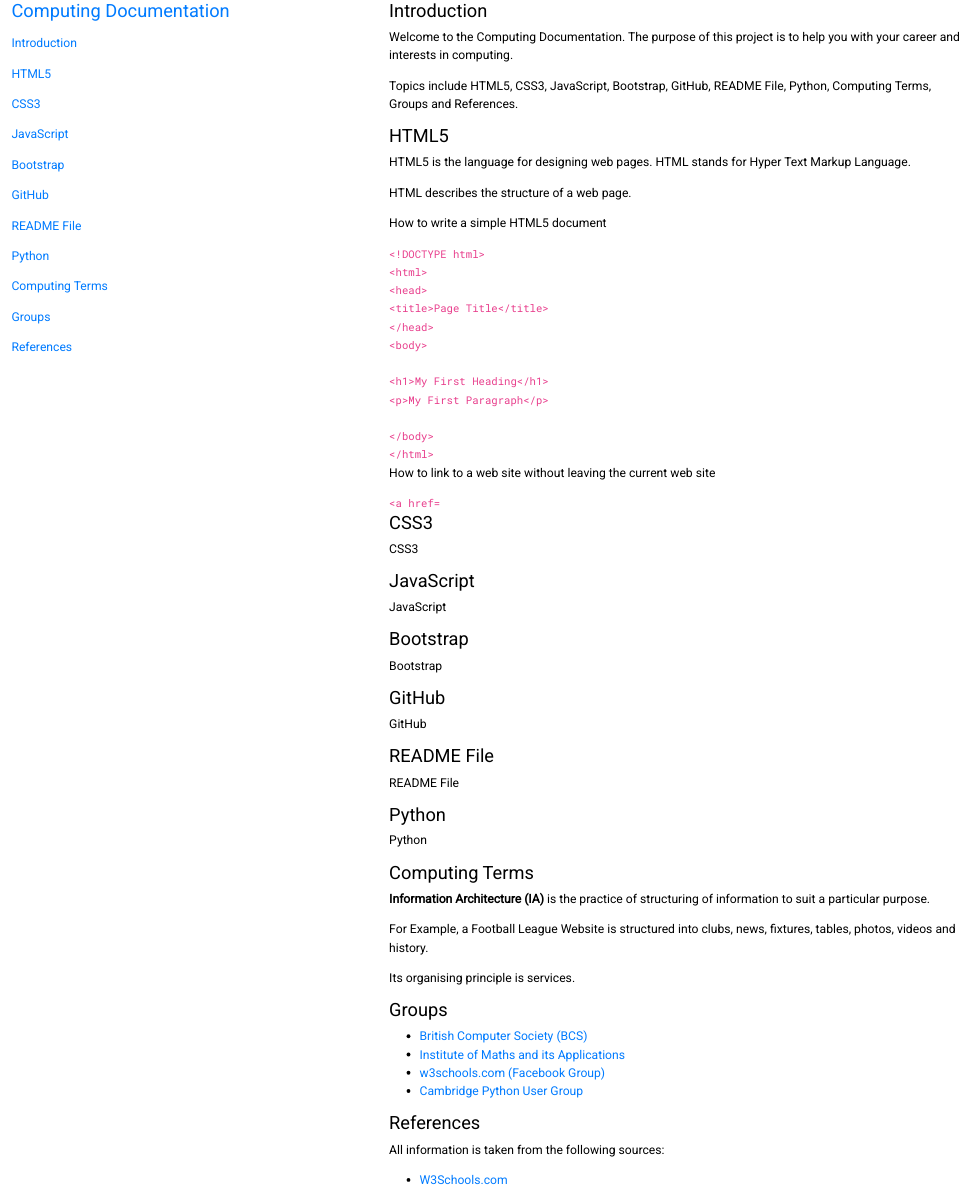
Repository: derektypist/technical-documentation-page
Page: index.html
The author's editor kept a record of every edit. The page is drawn from the files as they stood at one moment, then again after the next edit.
The browser window is 1280 px wide. The pictures show the whole page, at 76% of full size.

Above is the page before.

### index.html
<!DOCTYPE html>
<html lang="en">

<head>
  <meta charset="UTF-8">
  <meta name="viewport" content="width=device-width, initial-scale=1.0">
  <meta http-equiv="X-UA-Compatible" content="ie=edge">
  <title>Technical Documentation Page</title>
  <!-- Load Style Sheets -->
  <link rel="stylesheet" href="https://maxcdn.bootstrapcdn.com/bootstrap/4.4.1/css/bootstrap.min.css" integrity="sha384-Vkoo8x4CGsO3+Hhxv8T/Q5PaXtkKtu6ug5TOeNV6gBiFeWPGFN9MuhOf23Q9Ifjh" crossorigin="anonymous">
  <link href="https://fonts.googleapis.com/css?family=Roboto|Roboto+Mono&display=swap" rel="stylesheet">
  <style>
    /* Navigation */

    #navbar {
      font-family: "Roboto", Arial, Verdana, sans-serif;
      margin-left: 15px;
      width: 25vmax;
      position: fixed;
    }

    /* Main Content */

    #main-doc {
      font-family: "Roboto", Arial, Verdana, sans-serif;
      padding-left: 40%;
    }

    /* Main Section */

    .main-section {
      color: black;
    }

    /* Code */
    code {
      font-family: "Roboto Mono", monospace;
    }
  </style>
</head>

<body>
  <!-- Set Up Navigation -->
  <nav class="navbar-nav" id="navbar">
    <header>
      <h4><a href="index.html" title="Return to Home Page">Computing Documentation</a></h4>
    </header>


    <!-- Set Up List Items Vertically -->
    <ul class="navbar-nav">
      <li class="nav-item">
        <a class="nav-link" href="#Introduction">Introduction</a>
      </li>
      <li class="nav-item">
        <a class="nav-link" href="#HTML5">HTML5</a>
      </li>
      <li class="nav-item">
        <a class="nav-link" href="#CSS3">CSS3</a>
      </li>
      <li class="nav-item">
        <a class="nav-link" href="#JavaScript">JavaScript</a>
      </li>
      <li class="nav-item">
        <a class="nav-link" href="#Bootstrap">Bootstrap</a>
      </li>
      <li class="nav-item">
        <a class="nav-link" href="#GitHub">GitHub</a>
      </li>
      <li class="nav-item">
        <a class="nav-link" href="#README_File">README File</a>
      </li>
      <li class="nav-item">
        <a class="nav-link" href="#Python">Python</a>
      </li>
      <li>
        <a class="nav-link" href="#Computing_Terms">Computing Terms</a>
      </li>
      <li>
        <a class="nav-link" href="#Groups">Groups</a>
      </li>
      <li>
        <a class="nav-link" href="#References">References</a>
      </li>
  </nav>

  <!-- Set Up Main Content -->
  <main id="main-doc">

    <!-- Provide Section for Introduction -->
    <section class="main-section" id="Introduction">
      <header>
        <h4>Introduction</h4>
      </header>
      <article>
        <p>Welcome to the Computing Documentation. The purpose of this project is to help you with your career and interests in computing.</p>
        <p>Topics include HTML5, CSS3, JavaScript, Bootstrap, GitHub, README File, Python, Computing Terms, Groups and References.</p>
      </article>
    </section>

    <!-- Provide Section for HTML5 -->
    <section class="main-section" id="HTML5">
      <header>
        <h4>HTML5</h4>
      </header>
      <article>
        <p>HTML5 is the language for designing web pages.  HTML stands for Hyper Text Markup Language.</p>
        <p>HTML describes the structure of a web page.</p>
        <p>How to write a simple HTML5 document</p>

        <!-- Apply usage of code tags, &lt for less than and &gt for greater than -->
        <code>&lt!DOCTYPE html&gt</code>
        <br>
        <code>&lthtml&gt</code>
        <br>
        <code>&lthead&gt</code>
        <br>
        <code>&lttitle&gtPage Title&lt/title&gt</code>
        <br>
        <code>&lt/head&gt</code>
        <br>
        <code>&ltbody&gt</code>
        <br>
        <br>
        <code>&lth1&gtMy First Heading&lt/h1&gt</code>
        <br>
        <code>&ltp&gtMy First Paragraph&lt/p&gt</code>
        <br>
        <br>
        <code>&lt/body&gt</code>
        <br>
        <code>&lt/html&gt</code>
        <p>How to link to a web site without leaving the current web site</p>
        <code>&lta href=</code>
      </article>
    </section>

    <!-- Provide Section for CSS3 -->
    <section class="main-section" id="CSS3">
      <header>
        <h4>CSS3</h4>
      </header>
      <article>
        <p>CSS3</p>
      </article>
    </section>

    <!-- Provide Section for JavaScript -->
    <section class="main-section" id="JavaScript">
      <header>
        <h4>JavaScript</h4>
      </header>
      <article>
        <p>JavaScript</p>
      </article>
    </section>

    <!-- Provide Section for Bootstrap -->
    <section class="main-section" id="Bootstrap">
      <header>
        <h4>Bootstrap</h4>
      </header>
      <article>
        <p>Bootstrap</p>
      </article>
    </section>


    <!-- Provide Section for GitHub -->
    <section class="main-section" id="GitHub">
      <header>
        <h4>GitHub</h4>
      </header>
      <article>
        <p>GitHub</p>
      </article>
    </section>

    <!-- Provide Section for README File -->
    <section class="main-section" id="README_File">
      <header>
        <h4>README File</h4>
      </header>
      <article>
        <p>README File</p>
      </article>
    </section>

    <!-- Provide Section for Python -->
    <section class="main-section" id="Python">
      <header>
        <h4>Python</h4>
      </header>
      <article>
        <p>Python</p>
      </article>
    </section>

    <!-- Provide Section for Computing Terms -->
    <section class="main-section" id="Computing_Terms">
      <header>
        <h4>Computing Terms</h4>
      </header>
      <article>
        <p><b>Information Architecture (IA)</b> is the practice of structuring of information to suit a particular purpose.</p>
        <p>For Example, a Football League Website is structured into clubs, news, fixtures, tables, photos, videos and history.</p>
        <p>Its organising principle is services.</p>
      </article>
    </section>

    <!-- Provide Section for Groups -->
    <section class="main-section" id="Groups">
      <header>
        <h4>Groups</h4>
      </header>
      <article>
        <ul>
          <li><a href="https://www.bcs.org" target="_blank" title="British Computer Society">British Computer Society (BCS)</a></li>
          <li><a href="https://www.ima.org.uk" target="_blank" title="Institute of Maths and its Applications">Institute of Maths and its Applications</a></li>
          <li><a href="https://www.facebook.com/groups/w3schoolscom" target="_blank" title="w3schools.com Facebook Group">w3schools.com (Facebook Group)</a></li>
          <li><a href="https://www.meetup.com/CamPUG" target="_blank" title="Cambridge Python User Group">Cambridge Python User Group</a></li>
        </ul>
      </article>
    </section>
    <!-- Provide Section for References -->
    <section class="main-section" id="References">
      <header>
        <h4>References</h4>
      </header>
      <article>
        <p>All information is taken from the following sources:</p>
        <ul>
          <li><a href="https://www.w3schools.com" target="_blank" title="W3Schools.com">W3Schools.com</a></li>
        </ul>
      </article>
    </section>
  </main>
</body>

</html>

After the next edit:
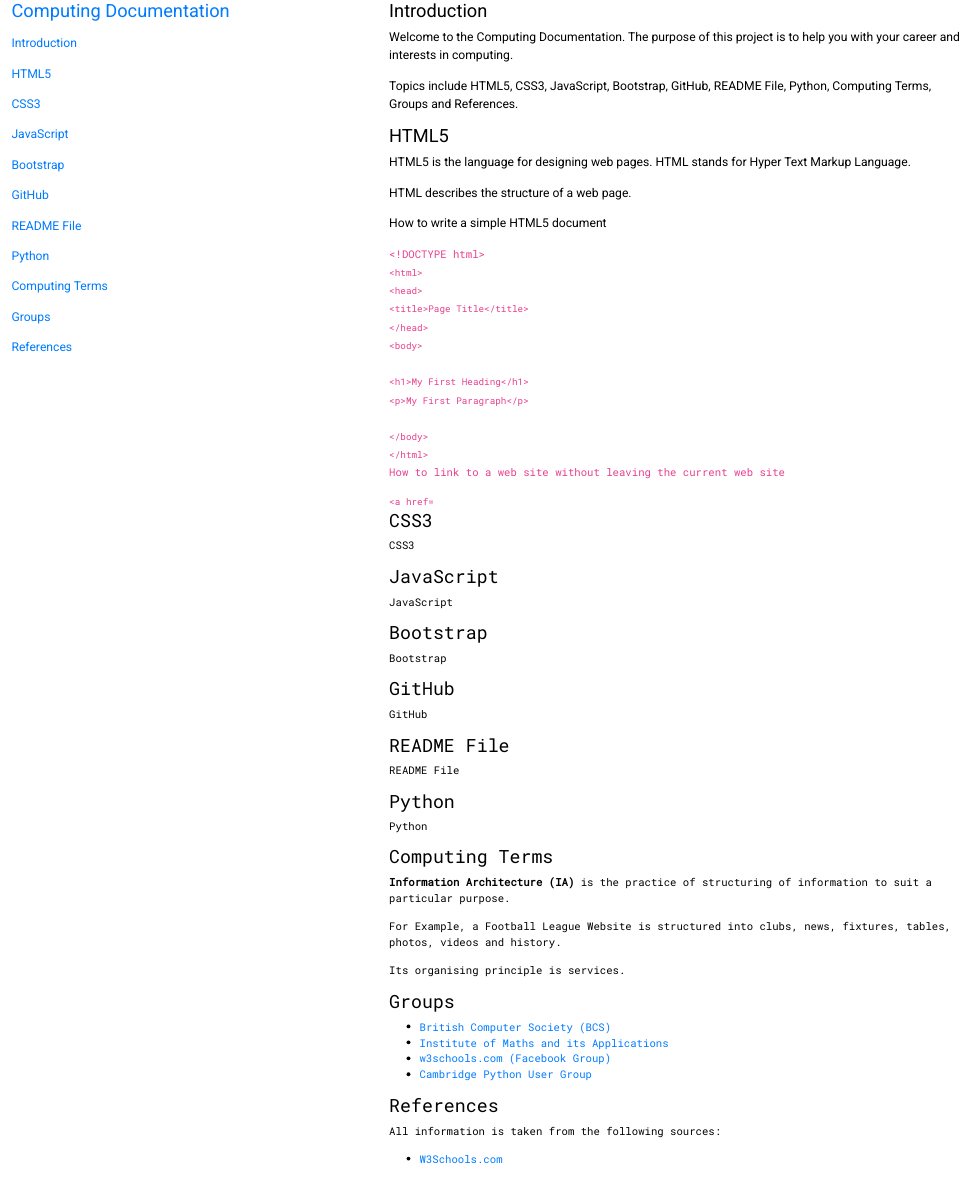
The edit:
--- a/index.html
+++ b/index.html
@@ -109,7 +109,7 @@
         <p>How to write a simple HTML5 document</p>
 
         <!-- Apply usage of code tags, &lt for less than and &gt for greater than -->
-        <code>&lt!DOCTYPE html&gt</code>
+        <code>&lt!DOCTYPE html&gt
         <br>
         <code>&lthtml&gt</code>
         <br>
